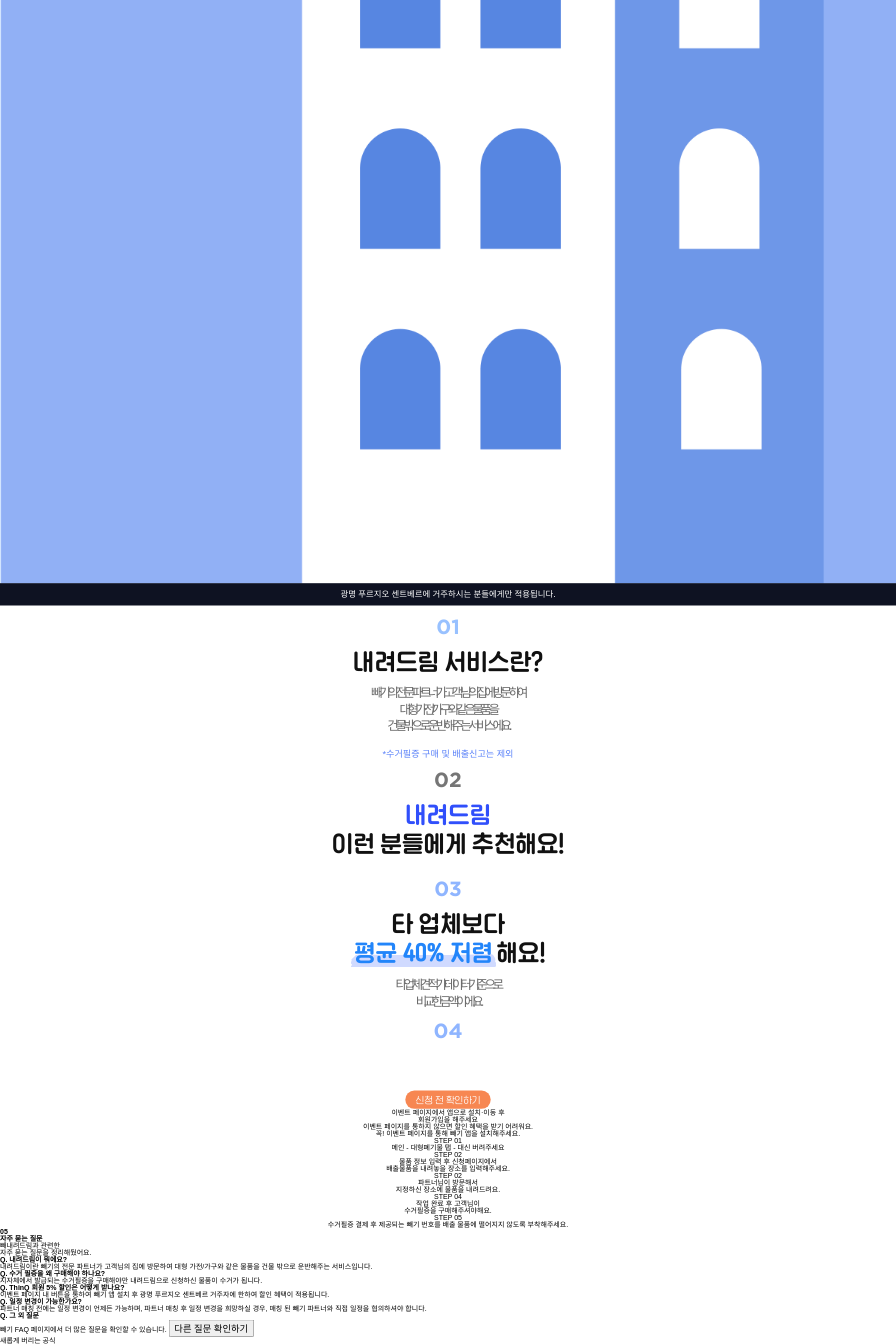
Repository: seraLeeDev/lgthinq-test
Page: index2.html
These files come from the project's save history. The page is drawn as it stood at one moment and after a run of saves; the edit follows.
The browser window is 1280 px wide. The pictures show the part of the page from y = 2610 to 4530 px (the page is 4530 px tall), at 70% of full size.
Some web fonts or font styles are not loaded; a fallback is used.

Above is the page before, as saved 2023-03-14 15:18:40.
Console error: ReferenceError: AOS is not defined

### index2.html
<!DOCTYPE html>
<html lang="ko">
  <head>
    <meta charset="UTF-8" />
    <meta http-equiv="X-UA-Compatible" content="IE=edge" />
    <meta name="viewport" content="width=device-width, initial-scale=1.0" />
    <title>빼기 | 새롭게 버리는 공식</title>
    <link as="style" rel="stylesheet" href="/css/reset.css" />
    <link as="style" rel="stylesheet" href="/css/font.css" />
    <link as="style" rel="stylesheet" href="/css/style.css" />
    <link href="https://unpkg.com/aos@2.3.1/dist/aos.css" rel="stylesheet" />
    <link
      rel="stylesheet"
      href="https://cdn.jsdelivr.net/gh/orioncactus/pretendard@v1.3.5/dist/web/static/pretendard-dynamic-subset.css"
    />
    <link
      rel="apple-touch-icon"
      sizes="57x57"
      href="/icons/apple-icon-57x57.png"
    />
    <link
      rel="apple-touch-icon"
      sizes="60x60"
      href="/icons/apple-icon-60x60.png"
    />
    <link
      rel="apple-touch-icon"
      sizes="72x72"
      href="/icons/apple-icon-72x72.png"
    />
    <link
      rel="apple-touch-icon"
      sizes="76x76"
      href="/icons/apple-icon-76x76.png"
    />
    <link
      rel="apple-touch-icon"
      sizes="114x114"
      href="/icons/apple-icon-114x114.png"
    />
    <link
      rel="apple-touch-icon"
      sizes="120x120"
      href="/icons/apple-icon-120x120.png"
    />
    <link
      rel="apple-touch-icon"
      sizes="144x144"
      href="/icons/apple-icon-144x144.png"
    />
    <link
      rel="apple-touch-icon"
      sizes="152x152"
      href="/icons/apple-icon-152x152.png"
    />
    <link
      rel="apple-touch-icon"
      sizes="180x180"
      href="/icons/apple-icon-180x180.png"
    />
    <link
      rel="icon"
      type="image/png"
      sizes="192x192"
      href="/icons/android-icon-192x192.png"
    />
    <link
      rel="icon"
      type="image/png"
      sizes="32x32"
      href="/icons/favicon-32x32.png"
    />
    <link
      rel="icon"
      type="image/png"
      sizes="96x96"
      href="/icons/favicon-96x96.png"
    />
    <link
      rel="icon"
      type="image/png"
      sizes="16x16"
      href="/icons/favicon-16x16.png"
    />
    <script type="text/javascript" src="/js/index.js"></script>
    <script src="https://unpkg.com/aos@2.3.1/dist/aos.js"></script>
  </head>
  <body>
    <div class="wrapper">
      <!-- 메인 -->
      <article class="article-box">
        <div class="full-img-box">
          <img src="./img/[LG ThinQ] main img.gif" alt="내려드림,할인드림" />
        </div>
        <div class="main-notice">
          <p>광명 푸르지오 센트베르에 거주하시는 분들에게만 적용됩니다.</p>
        </div>
      </article>
      <!-- ThinQ & 빼기 설명 -->
      <article></article>
      <!-- 내려드림 소개 -->
      <article>
        <!-- 01. 내려드림 서비스란? -->
        <section>
          <div class="box-content sec1">
            <b class="index text-blue-04-variation">01</b>
            <h2 class="GGothic h2">내려드림 서비스란?</h2>
            <p class="section-desc">
              빼기의 전문 파트너가 고객님의 집에 방문하여<br />
              대형 가전/가구와 같은 물품을<br />
              건물 밖으로 운반해주는 서비스에요.
            </p>
            <small class="section-caption text-blue-03"
              >*수거필증 구매 및 배출신고는 제외</small
            >
          </div>
          <div></div>
        </section>
        <!-- 02. 내려드림 추천 -->
        <section>
          <div class="box-content">
            <b class="index text-gray76">02</b>
            <h2 class="GGothic h2">
              <span class="text-blue-02">내려드림</span><br />
              이런 분들에게 추천해요!
            </h2>
          </div>

          <div></div>
          <div></div>
          <div></div>
        </section>
        <!-- 03. 가격 설명 -->
        <section>
          <div class="box-content">
            <b class="index text-blue-04">03</b>
            <h2 class="GGothic h2">
              타 업체보다 <br /><span class="text-blue-etc text-highlight"
                >평균 40% 저렴</span
              >해요!
            </h2>
            <p class="section-desc">
              타 업체 견적가 데이터 기준으로<br />
              비교한 금액이에요.
            </p>
          </div>
          <div></div>
          <div></div>
        </section>
        <!-- 04. 내려드림 신청 방법 -->
        <section>
          <div class="box-content">
            <b class="index text-blue-04">04</b>
            <h2 class="GGothic h2 text-white">내려드림 신청 방법</h2>

            <div>
              <span class="box-chip GGothic text-white bg-orange02"
                >신청 전 확인하기</span
              >
              <p>
                이벤트 페이지에서 앱으로 설치·이동 후 <br />회원가입을 해주세요
              </p>
            </div>
            <div>
              <small
                >이벤트 페이지를 통하지 않으면 할인 혜택을 받기 어려워요.<br />
                꼭! 이벤트 페이지를 통해 빼기 앱을 설치해주세요.</small
              >
            </div>
            <div>
              <span>STEP 01</span>
              <p>메인 - 대형폐기물 탭 - 대신 버려주세요</p>
            </div>

            <div>
              <span>STEP 02</span>
              <p>
                물품 정보 입력 후 신청페이지에서<br />
                배출물품을 내려놓을 장소를 입력해주세요.
              </p>
            </div>
            <div>
              <span>STEP 02</span>
              <p>
                파트너님이 방문해서<br />
                지정하신 장소에 물품을 내려드려요.
              </p>
            </div>
            <div>
              <span>STEP 04</span>
              <p>
                작업 완료 후 고객님이<br />
                수거필증을 구매해주셔야해요.
              </p>
            </div>
            <div>
              <span>STEP 05</span>
              <p>
                수거필증 결제 후 제공되는 빼기 번호를 배출 물품에 떨어지지
                않도록 부착해주세요.
              </p>
            </div>
          </div>
        </section>
      </article>
      <!-- 05 : 자주묻는 질문-->
      <article>
        <section>
          <b>05</b>
          <h2>자주 묻는 질문</h2>
          <p>
            빼내려드림과 관련한<br />
            자주 묻는 질문을 정리해뒀어요.
          </p>

          <ul>
            <li>
              <div>
                <h5>Q. 내려드림이 뭐에요?</h5>
                <i></i>
                <div>
                  내려드림이란 빼기의 전문 파트너가 고객님의 집에 방문하여 대형
                  가전/가구와 같은 물품을 건물 밖으로 운반해주는 서비스입니다.
                </div>
              </div>
            </li>
            <li>
              <div>
                <h5>Q. 수거 필증을 왜 구매해야 하나요?</h5>
                <i></i>
                <div>
                  지자체에서 발급되는 수거필증을 구매해야만 내려드림으로
                  신청하신 물품이 수거가 됩니다.
                </div>
              </div>
            </li>
            <li>
              <div>
                <h5>Q. ThinQ 회원 5% 할인은 어떻게 받나요?</h5>
                <i></i>
                <div>
                  이벤트 페이지 내 버튼을 통하여 빼기 앱 설치 후 광명 푸르지오
                  센트베르 거주자에 한하여 할인 혜택이 적용됩니다.
                </div>
              </div>
            </li>
            <li>
              <div>
                <h5>Q. 일정 변경이 가능한가요?</h5>
                <i></i>
                <div>
                  파트너 매칭 전에는 일정 변경이 언제든 가능하며, 파트너 매칭 후
                  일정 변경을 희망하실 경우, 매칭 된 빼기 파트너와 직접 일정을
                  협의하셔야 합니다.
                </div>
              </div>
            </li>
            <li>
              <div>
                <h5>Q. 그 외 질문</h5>
                <i></i>
                <div>
                  빼기 FAQ 페이지에서 더 많은 질문을 확인할 수 있습니다.
                  <button>다른 질문 확인하기</button>
                </div>
              </div>
            </li>
          </ul>
        </section>
        <footer>
          <p>새롭게 버리는 공식</p>
        </footer>
      </article>
      <!-- 플로팅 버튼 -->
      <div class="btn-float"></div>
    </div>
  </body>
</html>

### css/font.css
@charset "UTF-8";

@font-face {
  font-family: "Pretendard";
  src: url("https://cdn.jsdelivr.net/gh/orioncactus/pretendard@v1.3.5/dist/web/static/pretendard-dynamic-subset.css");
}

@font-face {
  font-family: "HGSoftGGothicssi";
  font-style: normal;
  font-weight: 100;
  src: url(/font/HGSoftGGothicssi-00g.woff2) format("woff2"),
    url(/font/HGSoftGGothicssi-00g.woff) format("woff"),
    url(/font/HGSoftGGothicssi-00g.otf) format("opentype");
}

@font-face {
  font-family: "HGSoftGGothicssi";
  font-style: normal;
  font-weight: 200;
  src: url(/font/HGSoftGGothicssi-20g.woff2) format("woff2"),
    url(/font/HGSoftGGothicssi-20g.woff) format("woff"),
    url(/font/HGSoftGGothicssi-20g.otf) format("opentype");
}

@font-face {
  font-family: "HGSoftGGothicssi";
  font-style: normal;
  font-weight: 400;
  src: url(/font/HGSoftGGothicssi-40g.woff2) format("woff2"),
    url(/font/HGSoftGGothicssi-40g.woff) format("woff"),
    url(/font/HGSoftGGothicssi-40g.otf) format("opentype");
}

@font-face {
  font-family: "HGSoftGGothicssi";
  font-style: normal;
  font-weight: 600;
  src: url(/font/HGSoftGGothicssi-60g.woff2) format("woff2"),
    url(/font/HGSoftGGothicssi-60g.woff) format("woff"),
    url(/font/HGSoftGGothicssi-60g.otf) format("opentype");
}

@font-face {
  font-family: "HGSoftGGothicssi";
  font-style: normal;
  font-weight: 800;
  src: url(/font/HGSoftGGothicssi-80g.woff2) format("woff2"),
    url(/font/HGSoftGGothicssi-80g.woff) format("woff"),
    url(/font/HGSoftGGothicssi-80g.otf) format("opentype");
}

@font-face {
  font-family: "HGSoftGGothicssi";
  font-style: normal;
  font-weight: 900;
  src: url(/font/HGSoftGGothicssi-90g.woff2) format("woff2"),
    url(/font/HGSoftGGothicssi-90g.woff) format("woff"),
    url(/font/HGSoftGGothicssi-90g.otf) format("opentype");
}

@font-face {
  font-family: "Gotham";
  font-style: normal;
  font-weight: 700;
  src: url(/font/Gotham-Bold.woff2) format("woff2"),
    url(/font/Gotham-Bold.woff) format("woff"),
    url(/font/Gotham-Bold.otf) format("opentype");
}

### css/style.css
@charset "UTF-8";
/*
*
* TYPOGRAPHY
*
*/
html,
body,
.wrapper {
  font-family: "Pretendard", sans-serif !important;
  font-size: 10px; /*1rem: 10px*/
}
.wrapper .GGothic {
  font-family: "HGSoftGGothicssi", sans-serif !important;
}
.font-semiBold {
  font-weight: 600 !important;
}
.font-bold {
  font-weight: 800 !important;
}
.font-extraBold {
  font-weight: 900 !important;
}
.index {
  font-family: "Gotham", sans-serif !important;
  font-size: 6rem;
}
.h2 {
  margin-bottom: 12px;
  text-align: center;
  font-size: 7rem !important;
  line-height: 0.6;
  color: #111;
}
.section-desc {
  font-size: 1.8rem;
  line-height: 1.3;
  color: #6a6a6a;
  letter-spacing: -5px;
}
.section-caption {
  display: inline-block;
  margin-top: 22px;
  font-size: 13px;
}
.text-gray-01 {
  color: #111111 !important;
}
.text-blue-02 {
  color: #304ffb !important;
}
.text-blue-03 {
  color: #5980f9 !important;
}
.text-blue-04 {
  color: #8fb5ff !important;
}
.text-blue-04-variation {
  color: #98c1ff !important;
}
.text-blue-etc {
  color: #2285fa !important;
}
.text-indigo {
  color: #9aa9ff !important;
}
.text-white {
  color: #fff;
}
.text-grayb9 {
  color: #b9b9b9 !important;
}
.text-gray76 {
  color: #767676 !important;
}
.text-yellow {
  color: #ffed8f !important;
}
.index {
  margin-bottom: 15px;
}

/*
*
* COMMON
*
*/

.full-img-box {
  width: 100%;
}
.full-img-box img {
  width: 100%;
  vertical-align: bottom;
}
.box-content {
  width: 100%;
  text-align: center;
}
.box-content .sec1 {
  padding: 90px 54px 0;
}
/* article 1 style */
.main-notice {
  width: 100%;
  padding: 10px 0;
  background: #0e1222;
}
.main-notice p {
  width: 100%;
  text-align: center;
  font-size: 1.2rem;
  color: #fff;
}
.box-chip {
  font-family: "Gotham", sans-serif !important;
  padding: 0.5rem 1.5rem;
  font-size: 2.8rem;
  border-radius: 50px;
  color: white;
  text-align: center;
}
.bg-orange02 {
  background-color: #f78752 !important;
}
.bg-lightblue {
  background-color: #7d9aff !important;
}
/* article 2 style */
/* article 3 style */
.text-highlight {
  padding: 0 5px;
  background: url(/img/marker_line.svg) no-repeat 50% 120%;
  background-size: 100%;
}
/* article 4 style */
/* article 5 style */

Loaded but not shown: css/reset.css (common file); js/index.js (common file)

After the next 3 saves:
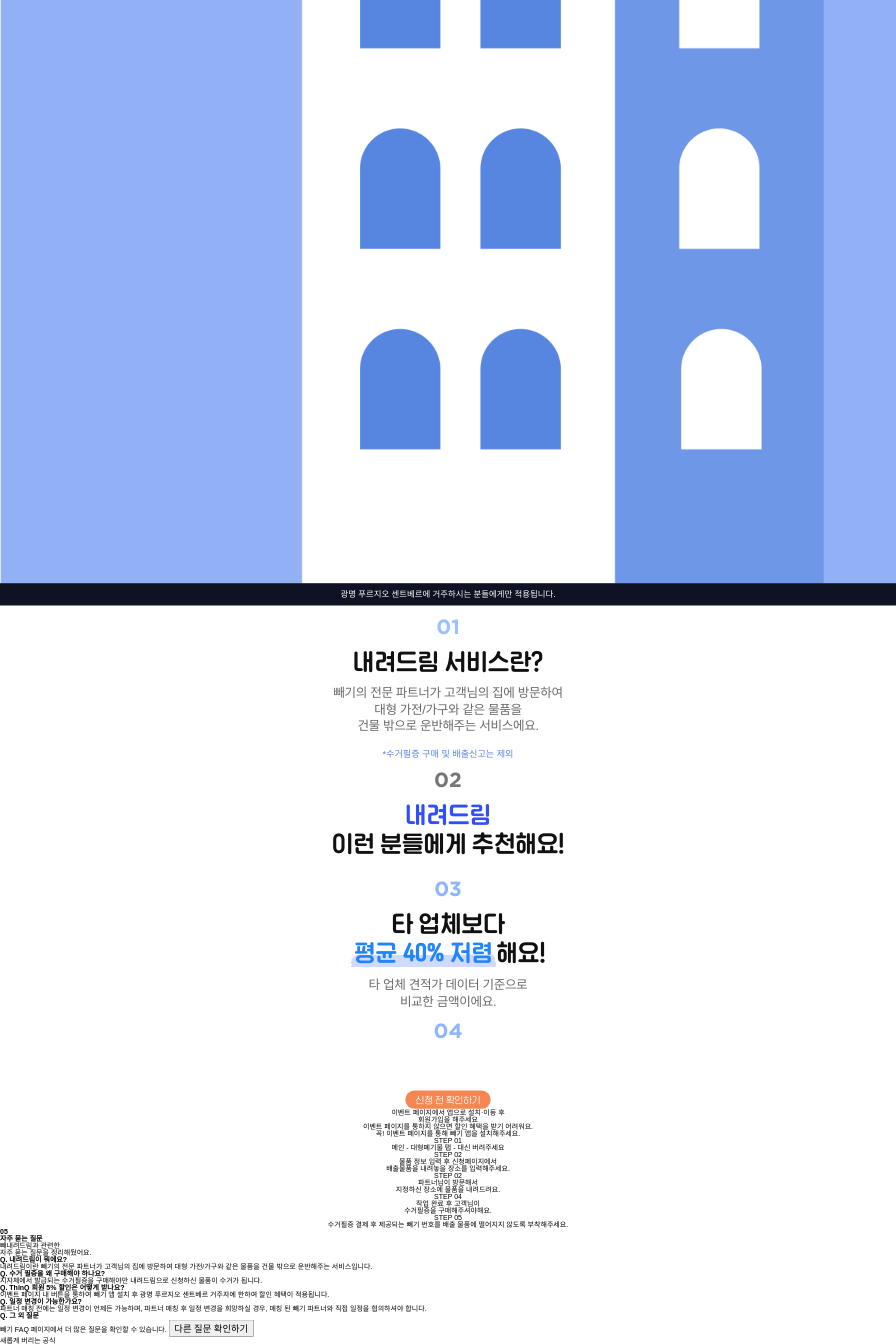
The 3 saves are shown as one change because they came seconds apart.
The last was saved 9 s later.
--- a/css/style.css
+++ b/css/style.css
@@ -37,7 +37,7 @@ body,
   font-size: 1.8rem;
   line-height: 1.3;
   color: #6a6a6a;
-  letter-spacing: -5px;
+  letter-spacing: -0.5px;
 }
 .section-caption {
   display: inline-block;
